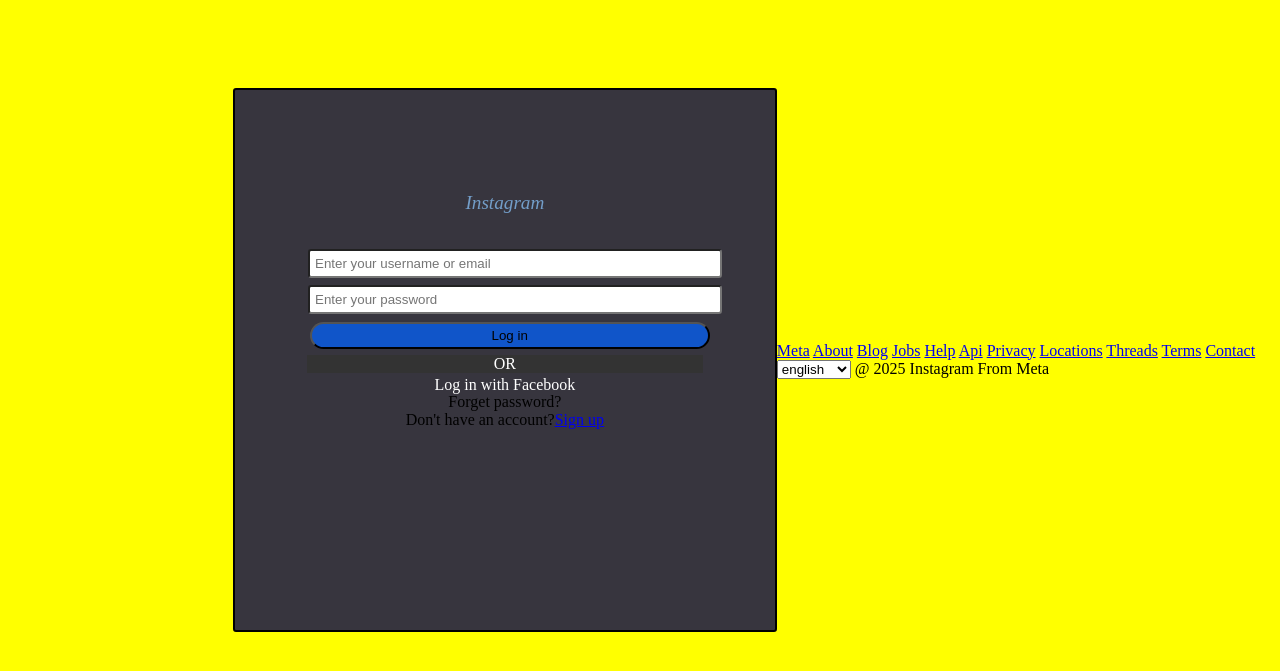
Repository: sristigupta04/basic-js-project
Page: index.html
These files come from the project's save history. The page is drawn as it stood at one moment and after the next save; the edit follows.
The browser window is 1280 px wide. The pictures show the whole page.

Above is the page before, as saved 2025-10-24 13:49:34.

After the next save:
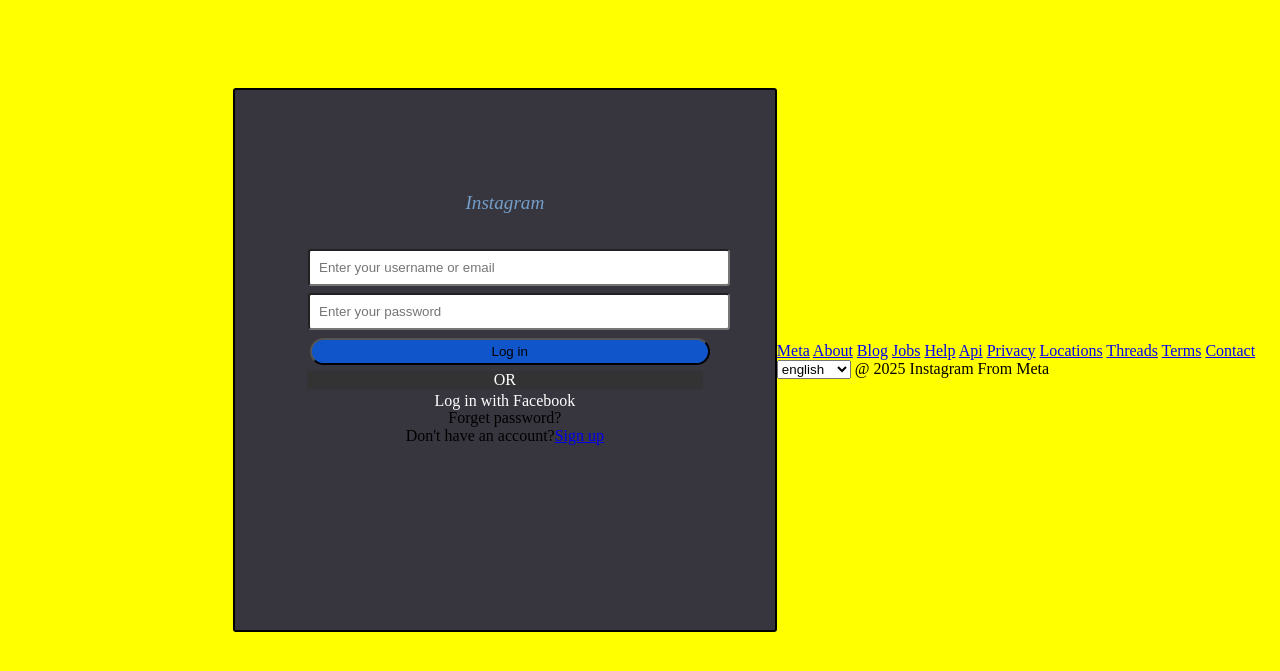
Saved 6 s later.
--- a/index.css
+++ b/index.css
@@ -33,7 +33,7 @@ input{
     width:100%;
     border-radius:0.2rem;
     color: black;
-    padding: 5px;
+    padding: 9px;
     margin:0.2rem;
 }
 .btn{
